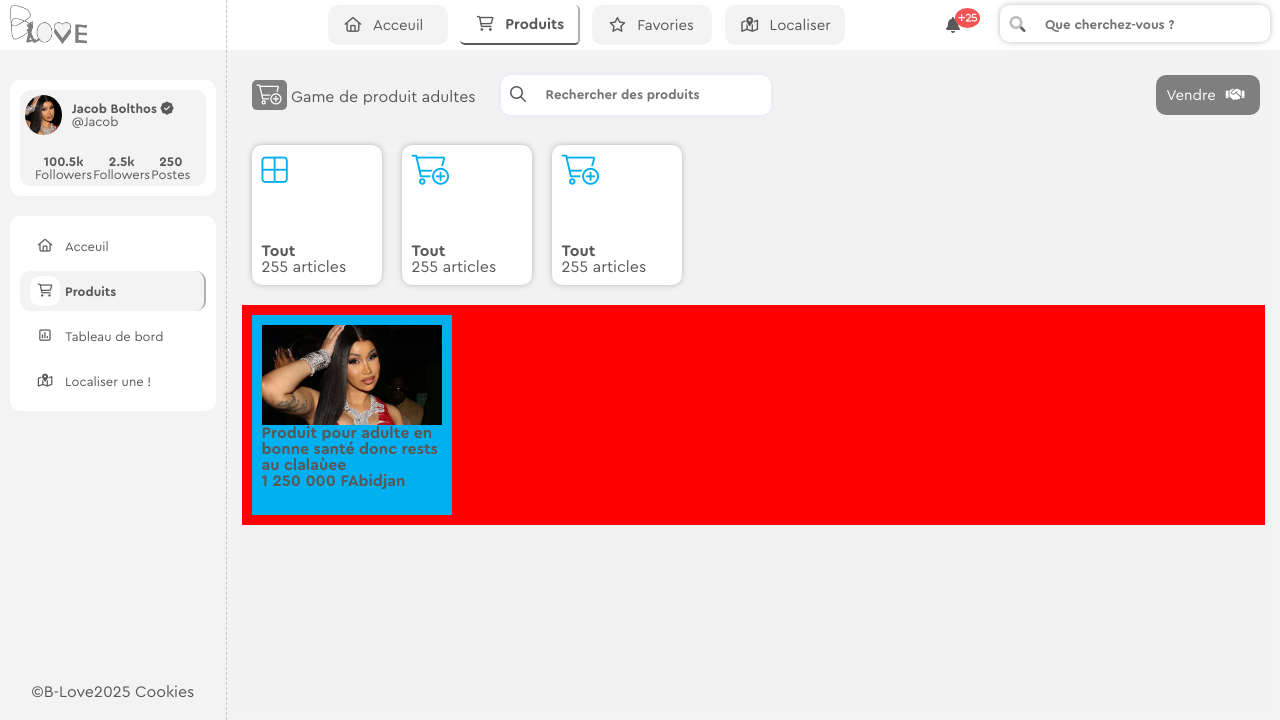
Repository: moomoony-log/b-love
Page: /home/product
The author's editor kept a copy of each file at every save. The page is drawn from the files as they stood at one save, then again after the next save.
The browser window is 1280 px wide. The pictures show the whole page.
The project was rebuilt for these pictures with package versions that can differ from the ones it lists, and the page was loaded fresh each time. Also part of the build but not shown: vite.config.ts, src/rules/legacy.tsx, src/rules/privacy.tsx, src/view/auth.tsx, src/view/main/acceuil.tsx, src/view/main/dashbord.tsx, src/view/main/info-account.tsx, src/view/main/account.tsx and 1 more.

Above is the page before, as saved 2025-10-02 16:29:06.

After the next save:
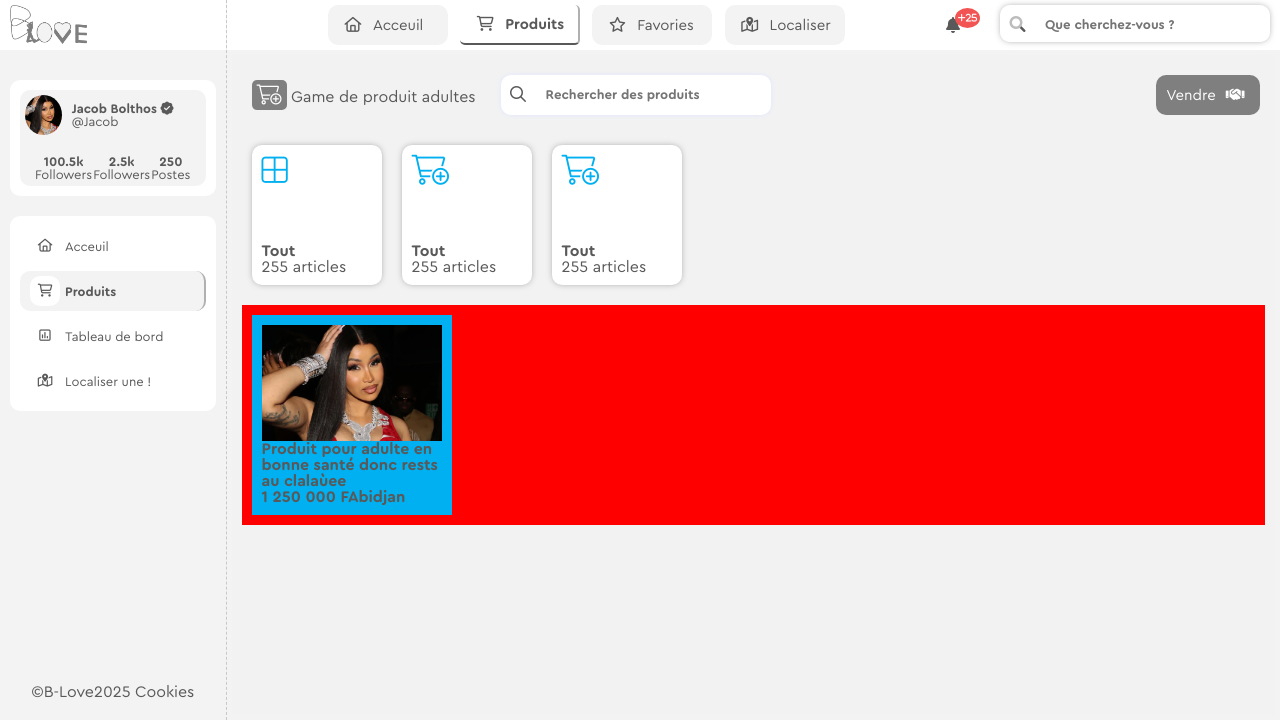
Saved 6 s later.
--- a/public/css/component/img.css
+++ b/public/css/component/img.css
@@ -37,7 +37,7 @@
 }
 .cont-account-img[data-name="product"]{
     /* width: 100px; */
-    height: 100px;
+    height: 150px;
     border-radius: 10;
 }
 .cont-account-img[data-name="info-account"]{
